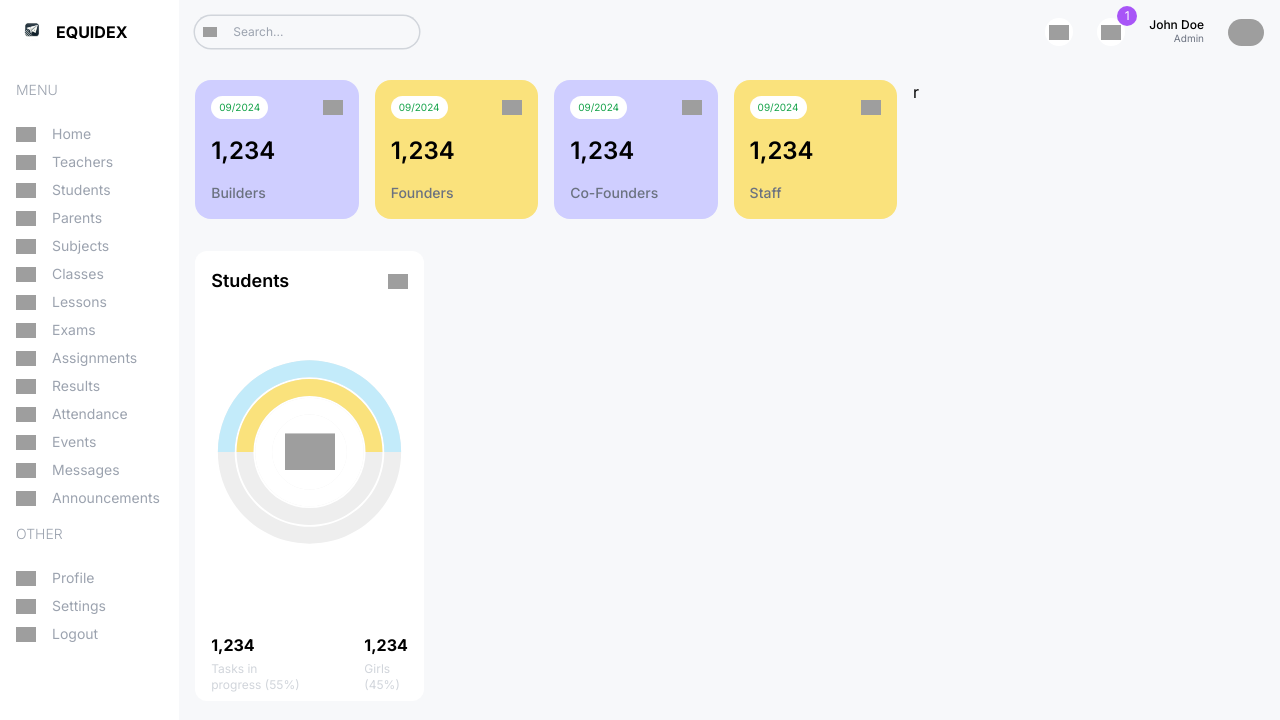
Repository: MikeeBuilds/equidex
Page: /admin
The author's editor kept a copy of each file at every save. The page is drawn from the files as they stood at one save, then again after a run of saves.
The browser window is 1280 px wide. The pictures show the whole page.
Pictures or frames that could not be fetched are drawn as grey boxes. An inner scrolling area shows only its first screen. The project was rebuilt for these pictures with package versions that can differ from the ones it lists, and the page was loaded fresh each time. The framework's server and built-in components were replaced by stand-ins that run in the browser. Also part of the build but not shown: next.config.mjs.

Above is the page before, as saved 2024-09-24 18:50:39.

### src/app/layout.tsx
import type { Metadata } from "next";
import { Inter } from "next/font/google";
import "./globals.css";

const inter = Inter({ subsets: ["latin"] });

export const metadata: Metadata = {
  title: "Equidex",
  description: "Link with builders & share workload for sweat equity",
};

export default function RootLayout({
  children,
}: Readonly<{
  children: React.ReactNode;
}>) {
  return (
    <html lang="en">
      <body className={inter.className}>

        {children}
      </body>
    </html>
  );
}

### src/app/(dashboard)/layout.tsx
import Menu from "@/components/Menu";
import Navbar from "@/components/Navbar";
import Image from "next/image";
import Link from "next/link";

export default function DashboardLayout({
  children,
}: Readonly<{
  children: React.ReactNode;
}>) {
  return (
    <div className="h-screen flex">
      {/* LEFT */}
      <div className="w-[14%] md:w-[8%] lg:w-[16%] xl:w-[14%] p-4">
        <Link
          href="/"
          className="flex items-center justify-center lg:justify-start gap-2"
        >
          <Image src="/logo.png" alt="logo" width={32} height={32} />
          <span className="hidden lg:block font-bold">EQUIDEX</span>
        </Link>
        <Menu />
      </div>
      {/* RIGHT */}
      <div className="w-[86%] md:w-[92%] lg:w-[84%] xl:w-[86%] bg-[#F7F8FA] overflow-scroll flex flex-col">
        <Navbar />
        {children}
      </div>
    </div>
  );
}

### src/app/(dashboard)/admin/page.tsx
import CountChart from "@/components/CountChart";
import UserCard from "@/components/UserCard";
import React from "react";

const AdminPage = () => {
  return (
    <div className="p-4 flex gap-4 flex-col md:flex-row">
      {/* LEFT */}
      <div className="w-full lg:w-2/3 flex flex-col gap-8">
        {/* USER CARD */}
        <div className="flex gap-4 justify-between flex-wrap">
          <UserCard type="Builders" />
          <UserCard type="Founders" />
          <UserCard type="Co-Founders" />
          <UserCard type="Staff" />
        </div>
        {/* MIDDLE CHART */}
        <div className="flex gap-4 flex-col lg:flex-row">
          {/* COUNT CHART*/}
          <div className="w-full lg:w-1/3 h-[450px]">
          <CountChart/>
          </div>
          {/* ATTENDANCE CHART */}
          <div className="w-full lg:w-2/3 h-[450px]"></div>
        </div>
        {/* BOTTOM CHART */}
        <div className="">w</div>
      </div>
      {/* RIGHT */}
      <div className="w-full lg:w-1/3">r</div>
    </div>
  );
};

export default AdminPage;

### src/components/Menu.tsx
import Image from "next/image";
import Link from "next/link";

const menuItems = [
  {
    title: "MENU",
    items: [
      {
        icon: "/home.png",
        label: "Home",
        href: "/",
        visible: ["admin", "teacher", "student", "parent"],
      },
      {
        icon: "/teacher.png",
        label: "Teachers",
        href: "/list/teachers",
        visible: ["admin", "teacher"],
      },
      {
        icon: "/student.png",
        label: "Students",
        href: "/list/students",
        visible: ["admin", "teacher"],
      },
      {
        icon: "/parent.png",
        label: "Parents",
        href: "/list/parents",
        visible: ["admin", "teacher"],
      },
      {
        icon: "/subject.png",
        label: "Subjects",
        href: "/list/subjects",
        visible: ["admin"],
      },
      {
        icon: "/class.png",
        label: "Classes",
        href: "/list/classes",
        visible: ["admin", "teacher"],
      },
      {
        icon: "/lesson.png",
        label: "Lessons",
        href: "/list/lessons",
        visible: ["admin", "teacher"],
      },
      {
        icon: "/exam.png",
        label: "Exams",
        href: "/list/exams",
        visible: ["admin", "teacher", "student", "parent"],
      },
      {
        icon: "/assignment.png",
        label: "Assignments",
        href: "/list/assignments",
        visible: ["admin", "teacher", "student", "parent"],
      },
      {
        icon: "/result.png",
        label: "Results",
        href: "/list/results",
        visible: ["admin", "teacher", "student", "parent"],
      },
      {
        icon: "/attendance.png",
        label: "Attendance",
        href: "/list/attendance",
        visible: ["admin", "teacher", "student", "parent"],
      },
      {
        icon: "/calendar.png",
        label: "Events",
        href: "/list/events",
        visible: ["admin", "teacher", "student", "parent"],
      },
      {
        icon: "/message.png",
        label: "Messages",
        href: "/list/messages",
        visible: ["admin", "teacher", "student", "parent"],
      },
      {
        icon: "/announcement.png",
        label: "Announcements",
        href: "/list/announcements",
        visible: ["admin", "teacher", "student", "parent"],
      },
    ],
  },
  {
    title: "OTHER",
    items: [
      {
        icon: "/profile.png",
        label: "Profile",
        href: "/profile",
        visible: ["admin", "teacher", "student", "parent"],
      },
      {
        icon: "/setting.png",
        label: "Settings",
        href: "/settings",
        visible: ["admin", "teacher", "student", "parent"],
      },
      {
        icon: "/logout.png",
        label: "Logout",
        href: "/logout",
        visible: ["admin", "teacher", "student", "parent"],
      },
    ],
  },
];

const Menu = () => {
  return (
    <div className=" mt-4 text-sm">
      {menuItems.map(i=> (
        <div className="flex flex-col gap-2" key={i.title}>
          <span className="hidden lg:block text-gray-400 font-light my-4">{i.title}</span>
          {i.items.map(item => (
            <Link className="flex items-center justify-center lg:justify-start gap-4 text-gray-400 hover:text-black" href={item.href} key={item.label}>
              <Image src={item.icon} alt="" width={20} height={20} />
              <span className="hidden lg:block">{item.label}</span>
            </Link>
          ))}
        </div>
      ))}
    </div>
  )
}

export default Menu;

### src/components/Navbar.tsx
import Image from "next/image";

const Navbar = () => {
  return (
    <div className="flex items-center justify-between p-4">
      {/* SEARCH BAR */}
      <div className="hidden md:flex items-center gap-2 text-xs rounded-full ring-[1.5px] ring-gray-300 px-2">
        <Image src="/search.png" alt="" width={14} height={14} />
        <input
          type="text"
          placeholder="Search..."
          className="w-[200px] p-2 bg-transparent outline-none"
        />
      </div>
      {/* ICONS AND USER */}
      <div className="flex items-center gap-6 justify-end w-full">
        <div className="bg-white rounded-full w-7 h-7 flex items-center justify-center cursor-pointer">
          <Image src="/message.png" alt="" width={20} height={20} />
        </div>
        <div className="bg-white rounded-full w-7 h-7 flex items-center justify-center cursor-pointer relative">
          <Image src="/announcement.png" alt="" width={20} height={20} />
          <div className="absolute -top-3 -right-3 w-5 h-5 flex items-center justify-center bg-purple-500 text-white rounded-full text-xs">
            1
          </div>
        </div>
        <div className="flex flex-col">
          <span className="text-xs leading-3 font-medium">John Doe</span>
          <span className="text-[10px] text-gray-500 text-right">Admin</span>
        </div>
        <Image
          src="/avatar.png"
          alt=""
          width={36}
          height={36}
          className="rounded-full"
        />
      </div>
    </div>
  );
};

export default Navbar;

### src/components/CountChart.tsx
"use client";
import Image from "next/image";
import {
  RadialBarChart,
  RadialBar,
  Legend,
  ResponsiveContainer,
} from "recharts";

const data = [
  {
    name: "Total",
    count: 106,
    fill: "white",
  },
  {
    name: "Girls",
    count: 53,
    fill: "#FAE27C",
  },
  {
    name: "Boys",
    count: 53,
    fill: "#C3EBFA",
  },
];

const CountChart = () => {
  return (
    <div className="bg-white rounded-xl w-full h-full p-4">
      {/* TITLE */}
      <div className="flex justify-between items-center">
        <h1 className="text-lg font-semibold">Students</h1>
        <Image src="/moreDark.png" alt="" width={20} height={20} />
      </div>
      {/* CHART */}
      <div className="relative w-full h-[75%]">
        <ResponsiveContainer>
          <RadialBarChart
            cx="50%"
            cy="50%"
            innerRadius="40%"
            outerRadius="100%"
            barSize={32}
            data={data}
          >
            <RadialBar background dataKey="count" />
          </RadialBarChart>
        </ResponsiveContainer>
        <Image
          src="/maleFemale.png"
          alt=""
          width={50}
          height={50}
          className="absolute top-1/2 left-1/2 -translate-x-1/2 -translate-y-1/2"
        />
      </div>
      {/* BOTTOM */}
      <div className="flex justify-center gap-16">
        <div className="flex flex-col gap-1">
          <div className="w-5 h-5 bg-lamaSky rounded-full" />
          <h1 className="font-bold">1,234</h1>
          <h2 className="text-xs text-gray-300">Tasks in progress (55%)</h2>
        </div>
        <div className="flex flex-col gap-1">
          <div className="w-5 h-5 bg-lamaYellow rounded-full" />
          <h1 className="font-bold">1,234</h1>
          <h2 className="text-xs text-gray-300">Girls (45%)</h2>
        </div>
      </div>
    </div>
  );
};

export default CountChart;

### src/components/UserCard.tsx
import Image from 'next/image'
import React from 'react'

const UserCard = ({type}:{type:string}) => {
  return (
    <div className='rounded-2xl odd:bg-dexPurple even:bg-dexYellow p-4 flex-1 min-w-[130px]'>
        <div className='flex justify-between items-center'>
            <span className='text-[10px] bg-white px-2 py-1 rounded-full text-green-600'>09/2024</span>
            <Image src="/more.png" alt='more' width={20} height={20} />
        </div>
        <h1 className='text-2xl font-semibold my-4'>1,234</h1>
        <h2 className='capitalize text-sm font-medium text-gray-500'>{type}</h2>
    </div>
  )
}

export default UserCard

### tailwind.config.ts
import type { Config } from "tailwindcss";

const config: Config = {
  content: [
    "./src/pages/**/*.{js,ts,jsx,tsx,mdx}",
    "./src/components/**/*.{js,ts,jsx,tsx,mdx}",
    "./src/app/**/*.{js,ts,jsx,tsx,mdx}",
  ],
  theme: {
    extend: {
      backgroundImage: {
        "gradient-radial": "radial-gradient(var(--tw-gradient-stops))",
        "gradient-conic":
          "conic-gradient(from 180deg at 50% 50%, var(--tw-gradient-stops))",
      },
      colors: {
        dexSky: "#C3EBFA",
        dexSkyLight: "#EDF9FD",
        dexPurple: "#CFCEFF",
        dexPurpleLight: "#F1F0FF",
        dexYellow: "#FAE27C",
        dexYellowLight: "#FEFCE8",
      },
    },
  },
  plugins: [],
};
export default config;

Loaded but not shown: src/app/globals.css (common file)

After the next 3 saves:
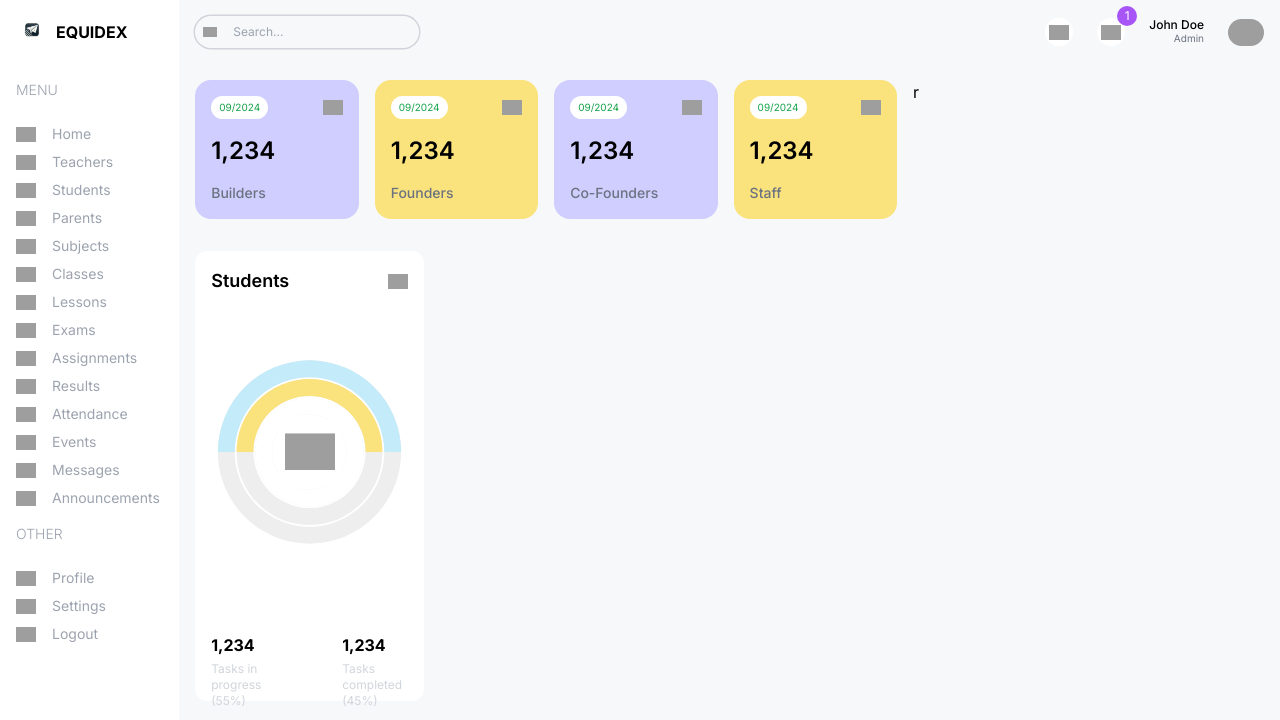
The 3 saves are shown as one change because they came seconds apart.
The last was saved 10 s later.
--- a/src/components/CountChart.tsx
+++ b/src/components/CountChart.tsx
@@ -65,7 +65,7 @@ const CountChart = () => {
         <div className="flex flex-col gap-1">
           <div className="w-5 h-5 bg-lamaYellow rounded-full" />
           <h1 className="font-bold">1,234</h1>
-          <h2 className="text-xs text-gray-300">Girls (45%)</h2>
+          <h2 className="text-xs text-gray-300">Tasks completed (45%)</h2>
         </div>
       </div>
     </div>
